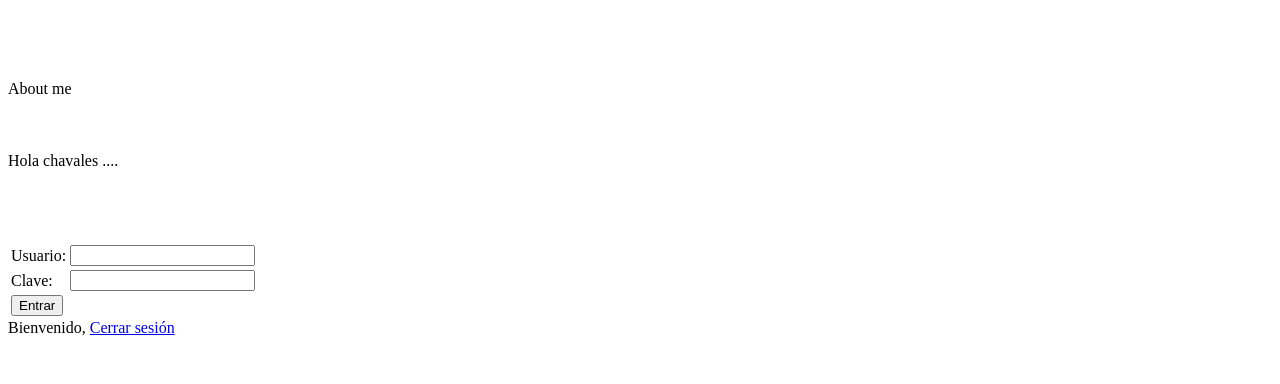
Repository: alruis/IJavaDreamBlog
Page: http://localhost/IJavaBlog/jsp/blog/enlaces.jsp
These files come from the project's save history. The page is drawn as it stood at one moment and after the next save; the edit follows.
The browser window is 1280 px wide. The pictures show the whole page.
The page is served by Tomcat 9. Nobody is signed in. The application's start-up code is not run.

Above is the page before, as saved 2014-09-26 14:37:13.

After the next save:
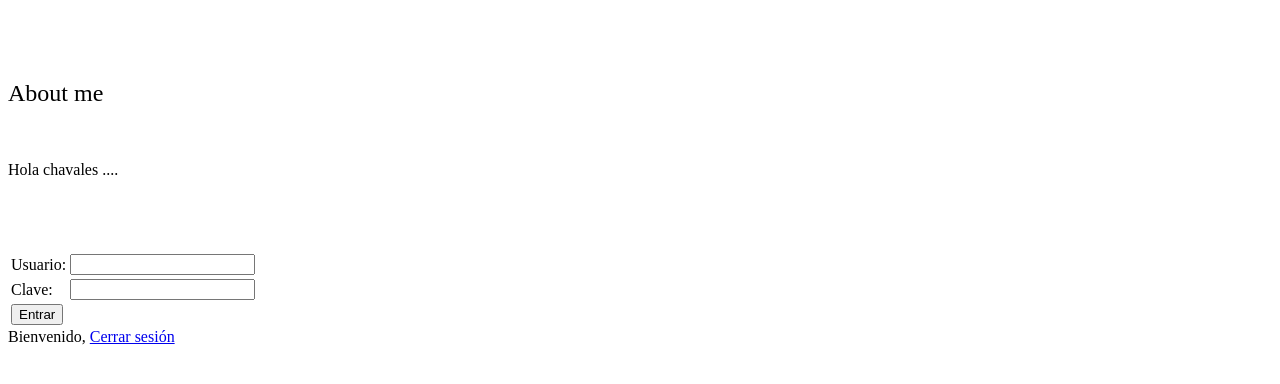
Saved 45 s later.
--- a/IJavaBlog/WebContent/jsp/blog/enlaces.jsp
+++ b/IJavaBlog/WebContent/jsp/blog/enlaces.jsp
@@ -2,9 +2,9 @@
     pageEncoding="UTF-8"%>
 <div id="enlaces">
 <div>
-</br></br></br></br
+<br><br><br><br>
 	<font size="5" face="bold"> About me </font>
-			</br></br></br></br>
+			<br><br><br><br>
 			Hola chavales ....
 </div>
 	</br>
